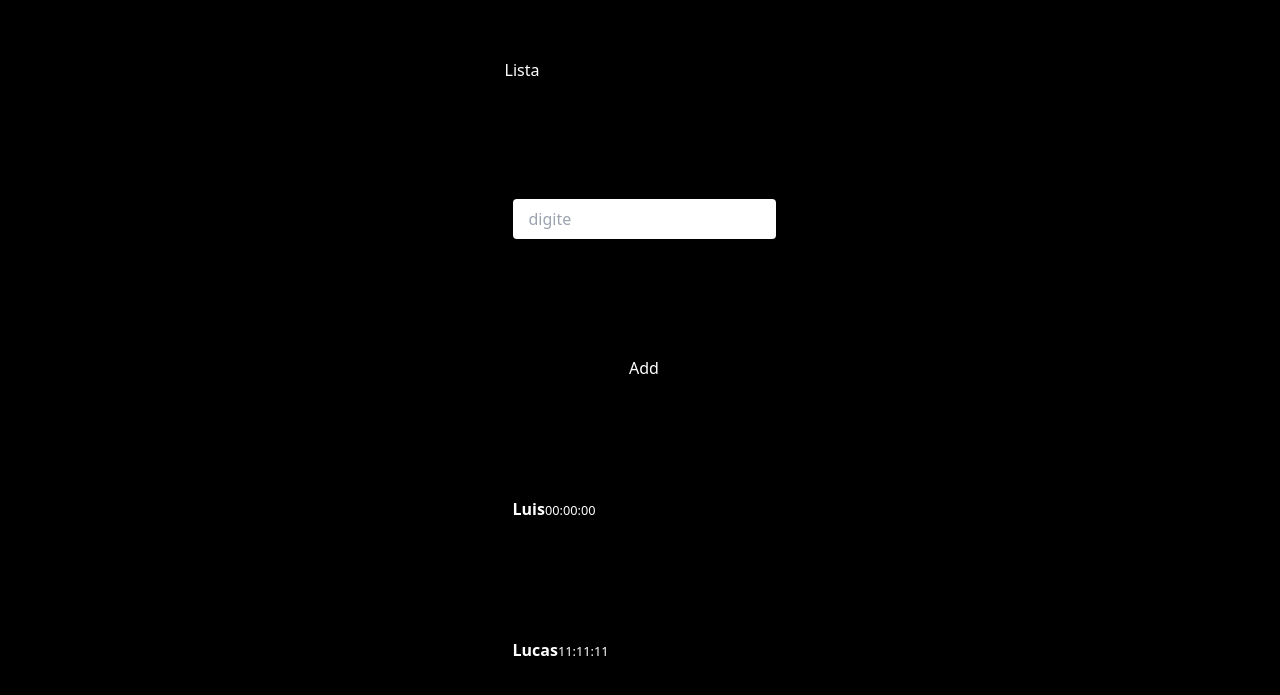
Repository: LuisSempre/FundamentosReact
Page: /
These files come from the project's save history. The page is drawn as it stood at one moment and after the next save; the edit follows.
The browser window is 1280 px wide. The pictures show the whole page.
The project was rebuilt for these pictures with package versions that can differ from the ones it lists, and the page was loaded fresh each time. Also part of the build but not shown: vite.config.js.

Above is the page before, as saved 2022-06-28 17:34:14.

After the next save:
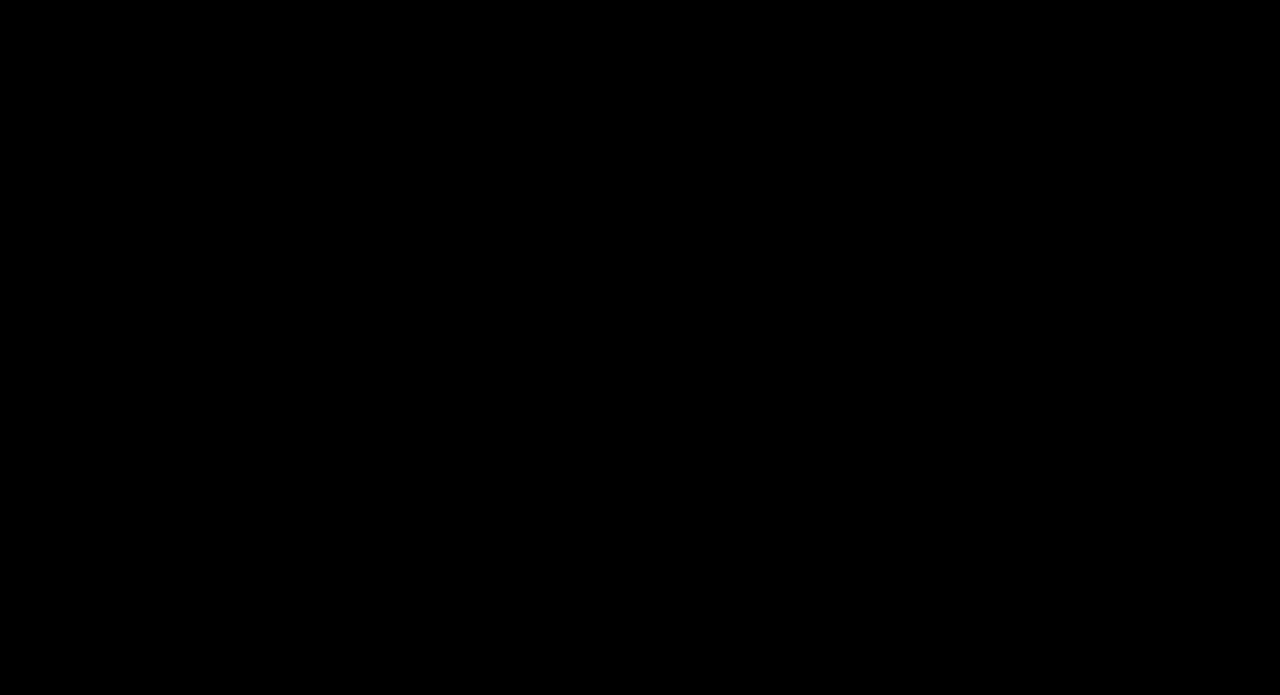
Console error (its wording comes from the project's code and is left out).
Saved 54 s later.
--- a/src/components/Card.jsx
+++ b/src/components/Card.jsx
@@ -1,8 +1,8 @@
-export function Card(props) {
+export function Card(name, time) {
   return (
     <div>
-      <strong>{props.name}</strong>
-      <small>{props.time}</small>
+      <strong>{name}</strong>
+      <small>{time}</small>
     </div>
   );
 }

After the save that followed:
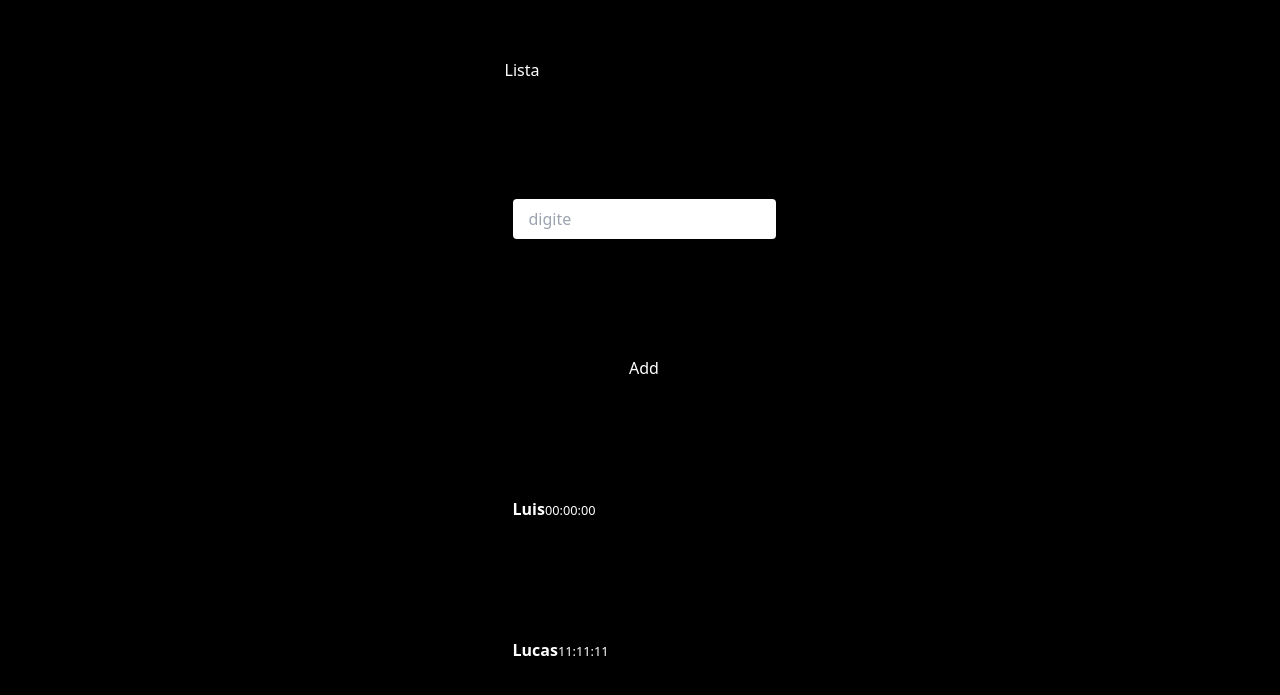
The error is gone.
Saved 30 s later.
--- a/src/components/Card.jsx
+++ b/src/components/Card.jsx
@@ -1,8 +1,8 @@
-export function Card(name, time) {
+export function Card(props) {
   return (
     <div>
-      <strong>{name}</strong>
-      <small>{time}</small>
+      <strong>{props.name}</strong>
+      <small>{props.time}</small>
     </div>
   );
 }
